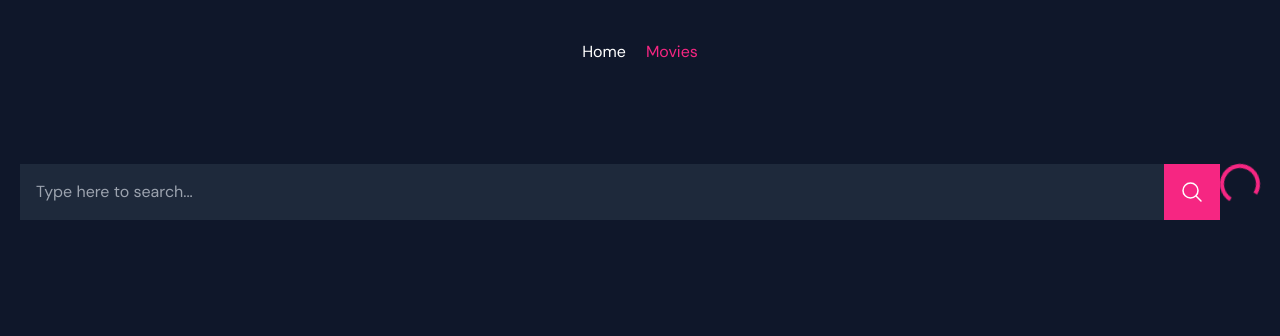
Repository: quynguyenn97/react-movie-app
Page: /movies
These files come from the project's save history. The page is drawn as it stood at one moment and after the next save; the edit follows.
The browser window is 1280 px wide. The pictures show the whole page.
The page's requests for data from a server got no answer. The project was rebuilt for these pictures with package versions that can differ from the ones it lists, and the page was loaded fresh each time. No one was signed in, and anything a server would have sent is missing. Also part of the build but not shown: src/banner/Banner.js, src/components/movie/MovieCard.js, src/components/MovieList.js, src/pages/HomePage.js, src/pages/MovieDetailPage.js.

Above is the page before, as saved 2022-10-12 11:55:20.

### public/index.html
<!DOCTYPE html>
<html lang="en">
    <head>
        <meta charset="utf-8" />
        <link rel="icon" href="%PUBLIC_URL%/favicon.ico" />
        <meta name="viewport" content="width=device-width, initial-scale=1" />
        <meta name="theme-color" content="#000000" />
        <meta
            name="description"
            content="Web site created using create-react-app" />
        <link rel="apple-touch-icon" href="%PUBLIC_URL%/logo192.png" />
        <!--
      manifest.json provides metadata used when your web app is installed on a
      user's mobile device or desktop. See https://developers.google.com/web/fundamentals/web-app-manifest/
    -->
        <link rel="manifest" href="%PUBLIC_URL%/manifest.json" />
        <!--
      Notice the use of %PUBLIC_URL% in the tags above.
      It will be replaced with the URL of the `public` folder during the build.
      Only files inside the `public` folder can be referenced from the HTML.

      Unlike "/favicon.ico" or "favicon.ico", "%PUBLIC_URL%/favicon.ico" will
      work correctly both with client-side routing and a non-root public URL.
      Learn how to configure a non-root public URL by running `npm run build`.
    -->
        <link rel="preconnect" href="https://fonts.googleapis.com" />
        <link rel="preconnect" href="https://fonts.gstatic.com" crossorigin />
        <link
            href="https://fonts.googleapis.com/css2?family=DM+Sans:wght@400;500;700&display=swap"
            rel="stylesheet" />
        <title>React App</title>
    </head>
    <body>
        <noscript>You need to enable JavaScript to run this app.</noscript>
        <div id="root"></div>
        <!--
      This HTML file is a template.
      If you open it directly in the browser, you will see an empty page.

      You can add webfonts, meta tags, or analytics to this file.
      The build step will place the bundled scripts into the <body> tag.

      To begin the development, run `npm start` or `yarn start`.
      To create a production bundle, use `npm run build` or `yarn build`.
    --></body>
</html>

### src/index.js
import React from "react";
import ReactDOM from "react-dom/client";
import "./index.scss";
import App from "./App";
import reportWebVitals from "./reportWebVitals";
import { BrowserRouter } from "react-router-dom";

const root = ReactDOM.createRoot(document.getElementById("root"));
root.render(
    <BrowserRouter>
        <React.StrictMode>
            <App />
        </React.StrictMode>
    </BrowserRouter>
);

// If you want to start measuring performance in your app, pass a function
// to log results (for example: reportWebVitals(console.log))
// or send to an analytics endpoint. Learn more: https://bit.ly/CRA-vitals
reportWebVitals();

### src/index.scss
@tailwind base;
@tailwind components;
@tailwind utilities;

@layer base {
    body {
        @apply bg-slate-900 font-body px-5 text-white;
    }
}
@layer components {
    .page-container {
        max-width: 1280px;
        @apply mx-auto;
    }
    .movie-list .swiper-slide {
        width: 300px;
        height: auto;
    }
    .banner .swiper {
        height: 100%;
    }
}

### src/App.js
import { Fragment } from "react";
import Banner from "./banner/Banner";
import "swiper/scss";
import HomePage from "./pages/HomePage";
import { Route, Routes } from "react-router-dom";
import Main from "./layout/Main";
import MoviePage from "./pages/MoviePage";
import MovieDetailPage from "./pages/MovieDetailPage";
function App() {
    return (
        <Fragment>
            <Routes>
                <Route element={<Main></Main>}>
                    <Route
                        path="/"
                        element={
                            <>
                                <Banner></Banner>
                                <HomePage></HomePage>
                            </>
                        }></Route>
                    <Route
                        path="/movies"
                        element={<MoviePage></MoviePage>}></Route>
                    <Route
                        path="/movie/:movieId"
                        element={<MovieDetailPage></MovieDetailPage>}></Route>
                </Route>
            </Routes>
        </Fragment>
    );
}

export default App;

### src/layout/Main.js
import React, { Fragment } from "react";
import Header from "./Header";
import { Outlet } from "react-router-dom";
const Main = () => {
    return (
        <Fragment>
            <Header></Header>
            <Outlet></Outlet>
        </Fragment>
    );
};

export default Main;

### src/pages/MoviePage.js
import React, { useEffect } from "react";
import useSWR from "swr";
import { fetcher } from "../config";
import MovieCard from "../components/movie/MovieCard";
import { apiKey } from "../config";
import useDebounce from "../hook/useDebounce";
import { useState } from "react";

const MoviePage = () => {
    const [filter, setFilter] = useState("");
    const [url, setUrl] = useState(
        `https://api.themoviedb.org/3/movie/popular?api_key=${apiKey}`
    );
    const filterDebounce = useDebounce(filter, 500);
    const handleFilterChange = (e) => {
        setFilter(e.target.value);
    };
    const { data, error } = useSWR(url, fetcher);
    const loading = !data && !error;
    useEffect(() => {
        if (filterDebounce) {
            setUrl(
                `https://api.themoviedb.org/3/search/movie?api_key=${apiKey}&query=${filterDebounce}`
            );
        } else {
            setUrl(
                `https://api.themoviedb.org/3/movie/popular?api_key=${apiKey}`
            );
        }
    }, [filterDebounce]);
    const movies = data?.results || [];
    return (
        <div className="py-10 page-container">
            <div className="flex mb-10">
                <div className="flex-1">
                    <input
                        type="text"
                        className="w-full p-4 bg-slate-800 outline-none"
                        placeholder="Type here to search..."
                        onChange={handleFilterChange}
                    />
                </div>
                <button className="p-4 bg-primary text-white">
                    <svg
                        xmlns="http://www.w3.org/2000/svg"
                        fill="none"
                        viewBox="0 0 24 24"
                        strokeWidth="1.5"
                        stroke="currentColor"
                        className="w-6 h-6">
                        <path
                            strokeLinecap="round"
                            strokeLinejoin="round"
                            d="M21 21l-5.197-5.197m0 0A7.5 7.5 0 105.196 5.196a7.5 7.5 0 0010.607 10.607z"
                        />
                    </svg>
                </button>
                {!loading && (
                    <div className="w-10 h-10 rounded-full border-4 border-primary border-t-transparent border-t-4 mx-auto animate-spin"></div>
                )}
            </div>
            <div className="grid grid-cols-4 gap-10">
                {movies &&
                    movies.length > 0 &&
                    movies.map((item) => {
                        return (
                            <MovieCard key={item.id} item={item}></MovieCard>
                        );
                    })}
            </div>
        </div>
    );
};

export default MoviePage;

### src/config.js
export const fetcher = (...args) => fetch(...args).then((res) => res.json());
export const apiKey = "5b6bd71d2eb24fb649d55629a64802ff";

### src/layout/Header.js
import React from "react";
import { NavLink } from "react-router-dom";

const Header = () => {
    return (
        <header className="header flex items-center justify-center gap-x-5 text-white py-10 mb-5">
            <NavLink
                to="/"
                className={({ isActive }) => (isActive ? "text-primary" : "")}>
                Home
            </NavLink>
            <NavLink
                to="/movies"
                className={({ isActive }) => (isActive ? "text-primary" : "")}>
                Movies
            </NavLink>
        </header>
    );
};

export default Header;

### src/hook/useDebounce.js
import { useEffect, useState } from "react";

export default function useDebounce(initializeValue = "", delay = 1000) {
    const [debounceValue, setDebounceValue] = useState(initializeValue);
    useEffect(() => {
        const timer = setTimeout(() => {
            setDebounceValue(initializeValue);
        }, delay);
        return () => {
            clearTimeout(timer);
        };
    }, [delay, initializeValue]);
    return debounceValue;
}

### tailwind.config.js
/** @type {import('tailwindcss').Config} */
module.exports = {
    content: ["./src/**/*.{js,jsx,ts,tsx}"],
    theme: {
        extend: {
            fontFamily: {
                body: ["DM sans", "sans-serif"],
            },
            colors: {
                primary: "#F62682",
                secondary: "#6F5CF1",
            },
        },
    },
    plugins: [],
};

Loaded but not shown: src/reportWebVitals.js (common file)

After the next save:
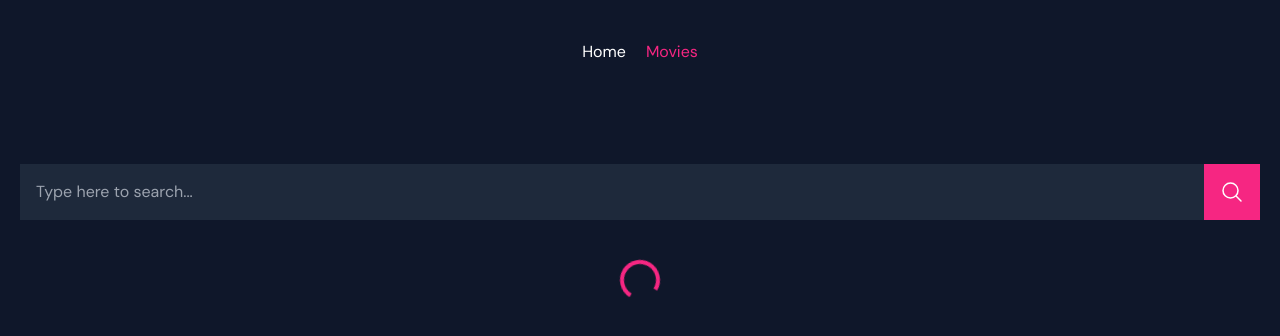
Saved 27 s later.
--- a/src/pages/MoviePage.js
+++ b/src/pages/MoviePage.js
@@ -55,10 +55,10 @@ const MoviePage = () => {
                         />
                     </svg>
                 </button>
-                {!loading && (
-                    <div className="w-10 h-10 rounded-full border-4 border-primary border-t-transparent border-t-4 mx-auto animate-spin"></div>
-                )}
             </div>
+            {!loading && (
+                <div className="w-10 h-10 rounded-full border-4 border-primary border-t-transparent border-t-4 mx-auto animate-spin"></div>
+            )}
             <div className="grid grid-cols-4 gap-10">
                 {movies &&
                     movies.length > 0 &&
